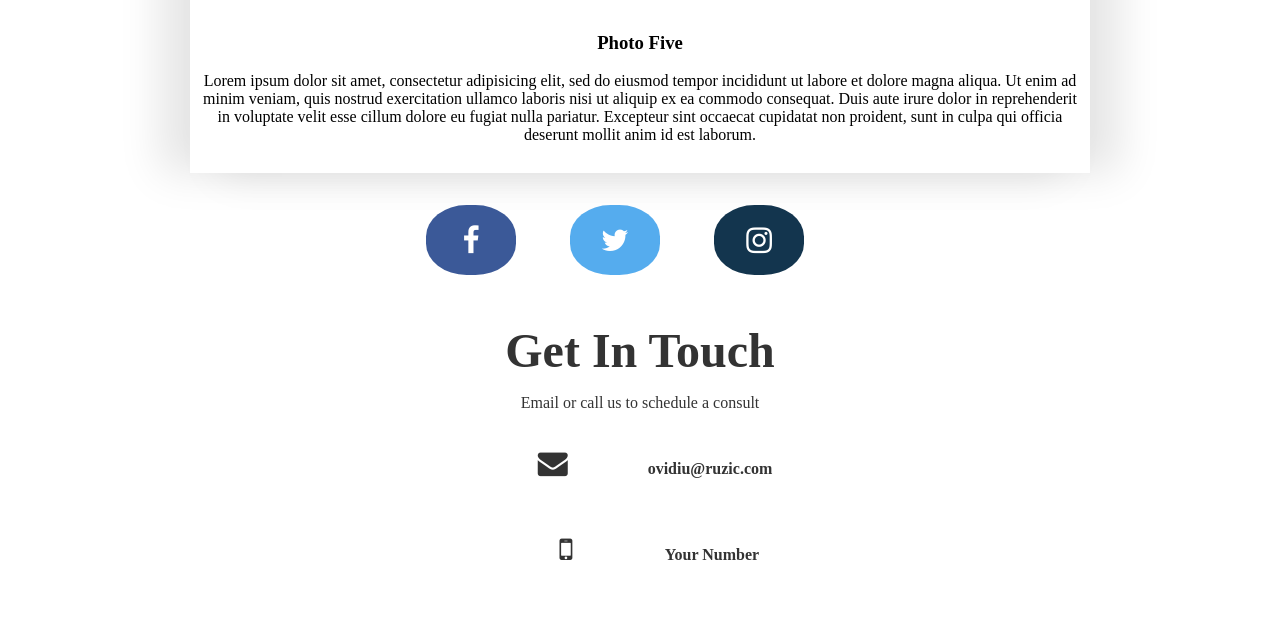
Repository: konstantin0s/mobile-photography
Page: index.html
These files come from the project's save history. The page is drawn as it stood at one moment and after the next save; the edit follows.
The browser window is 1280 px wide. The pictures show the part of the page from y = 4062 to 4702 px (the page is 4702 px tall).

Above is the page before, as saved 2019-05-11 14:54:34.

### index.html
<!DOCTYPE html>
<html lang="en" dir="ltr">
  <head>
    <meta charset="utf-8">
    <meta name="viewport" content="width=device-width, initial-scale=1.0">
    <meta http-equiv="X-UA-Compatible" content="ie=edge">
    <link rel="stylesheet" href="https://cdnjs.cloudflare.com/ajax/libs/font-awesome/4.7.0/css/font-awesome.min.css">
    <link rel="stylesheet" href="css/style.css">

    <title>Mobile Photography</title>
  </head>
  <body>
<main>
  <div id="landing" class="">
    <div id="landing-text" class="">
      <div id="landing-text-inner" class="">
       <img id="logo" src="img/logos.png" />
       <h1>Photography</h1>
        <a href="#images" class="btn" id="view-work">
          View Work
        </a>
      </div>
    </div>
    <div id="landing-image" class="">

    </div>
  </div>

  <div id="images" class="">
<div id="header">
  <h2>Our Work</h2>
</div>
<img src="https://source.unsplash.com/1600x900/?nature,water" alt="">
<div class="caption">
  <h3>Photo One</h3>
  <p>
    Lorem ipsum dolor sit amet, consectetur adipisicing elit, sed do eiusmod tempor incididunt ut labore et dolore magna aliqua. Ut enim ad minim veniam, quis nostrud exercitation ullamco laboris nisi ut aliquip ex ea commodo consequat. Duis aute irure dolor in reprehenderit in voluptate velit esse cillum dolore eu fugiat nulla pariatur. Excepteur sint occaecat cupidatat non proident, sunt in culpa qui officia deserunt mollit anim id est laborum.

  </p>
</div>

<img src="https://source.unsplash.com/1600x900/?nature,clouds" alt="">
<div class="caption">
  <h3>Photo Two</h3>
  <p>
    Lorem ipsum dolor sit amet, consectetur adipisicing elit, sed do eiusmod tempor incididunt ut labore et dolore magna aliqua. Ut enim ad minim veniam, quis nostrud exercitation ullamco laboris nisi ut aliquip ex ea commodo consequat. Duis aute irure dolor in reprehenderit in voluptate velit esse cillum dolore eu fugiat nulla pariatur. Excepteur sint occaecat cupidatat non proident, sunt in culpa qui officia deserunt mollit anim id est laborum.

  </p>
</div>

<img src="https://source.unsplash.com/1600x900/?nature,animals" alt="">
<div class="caption">
  <h3>Photo Three</h3>
  <p>
    Lorem ipsum dolor sit amet, consectetur adipisicing elit, sed do eiusmod tempor incididunt ut labore et dolore magna aliqua. Ut enim ad minim veniam, quis nostrud exercitation ullamco laboris nisi ut aliquip ex ea commodo consequat. Duis aute irure dolor in reprehenderit in voluptate velit esse cillum dolore eu fugiat nulla pariatur. Excepteur sint occaecat cupidatat non proident, sunt in culpa qui officia deserunt mollit anim id est laborum.

  </p>
</div>

<img src="https://source.unsplash.com/1600x900/?nature,trees" alt="">
<div class="caption">
  <h3>Photo Four/h3>
  <p>
    Lorem ipsum dolor sit amet, consectetur adipisicing elit, sed do eiusmod tempor incididunt ut labore et dolore magna aliqua. Ut enim ad minim veniam, quis nostrud exercitation ullamco laboris nisi ut aliquip ex ea commodo consequat. Duis aute irure dolor in reprehenderit in voluptate velit esse cillum dolore eu fugiat nulla pariatur. Excepteur sint occaecat cupidatat non proident, sunt in culpa qui officia deserunt mollit anim id est laborum.

  </p>
</div>

<img src="https://source.unsplash.com/1600x900/?nature,flowers" alt="">
<div class="caption">
  <h3>Photo Five</h3>
  <p>
    Lorem ipsum dolor sit amet, consectetur adipisicing elit, sed do eiusmod tempor incididunt ut labore et dolore magna aliqua. Ut enim ad minim veniam, quis nostrud exercitation ullamco laboris nisi ut aliquip ex ea commodo consequat. Duis aute irure dolor in reprehenderit in voluptate velit esse cillum dolore eu fugiat nulla pariatur. Excepteur sint occaecat cupidatat non proident, sunt in culpa qui officia deserunt mollit anim id est laborum.

  </p>
</div>

  </div>

</main>

<footer>
    <a href="#" class="fa fa-facebook"></a>
    <a href="#" class="fa fa-twitter"></a>
    <a href="#" class="fa fa-instagram"></a>

  <h3>Get In Touch</h3>
  <p>Email or call us to schedule a consult</p>
  <p><i class="fa fa-envelope" aria-hidden="true"></i><strong>ovidiu@ruzic.com</strong>
  </p>
  <p><i class="fa fa-mobile" aria-hidden="true"></i> <strong>Your Number</strong></p>
</footer>
<script
src="https://code.jquery.com/jquery-3.3.1.min.js"
integrity="sha256-FgpCb/KJQlLNfOu91ta32o/NMZxltwRo8QtmkMRdAu8="
crossorigin="anonymous"></script>
<script type="text/javascript" src="js/main.js">

</script>
  </body>
</html>

### css/style.css
import url('https://fonts.googleapis.com/css?family=Open+Sans');

body {
  font-family: 'Open Sans', sans-serif;
  margin: 0;
  background-color: #eee;
  height: auto;
}

h1{
  font-weight: 400;
  font-size: 2.5rem;
  text-transform: uppercase;
  margin: 0;
  border-bottom: 1px solid black;
  top: -90px;
  position: relative;
}

h2 {
  font-weight: 400;
  font-size: 1.2rem;
  text-transform: capitalize;
  margin: 0;
}

img {
  display: block;
  width: 100%;
}

#logo {
  top: -80px;
  position: relative;
}

main {
  max-width: 900px;
  margin: auto;
  box-shadow: 30px 0px 40px rgba(0,0,0,0.1), -30px 0px 40px rgba(0,0,0,0.1);
}

#landing {
  background: #fff;
  }

#landing-text {
display: flex;
flex: 0 1 40vw;
height: 50vh;
justify-content: center;
align-items: center;
text-align: center;
padding-right: 1rem;
padding-left: 1rem;
}

#landing-text h2 {
  color: #888;
}
.btn {
  padding: 0.5rem 2rem;
  border: 1px #ccc solid;
  display: inline-block;
  margin: 2rem 0 0;
  border-radius: 50px;
  text-decoration: none;
  color: #333;
  transition: background 500ms ease;
}

#landing-image {
  background: url(https://source.unsplash.com/De8wMYoSSBc);
  background-position: center;
  background-size: cover;
  background-repeat: no-repeat;
  height: 50vh;
  flex: 0 1 60vw;
  margin: 0;
}

.btn:hover {
  background: #f4f4f4;
}

#header {
  padding: 1.5rem;
  text-align: center;
  background: #333;
  color: #fff;
}

#header h2 {
  border-left: dotted 1px #fff;
  border-right: dotted 1px #fff;
display: inline-block;
padding-right: 1rem;
padding-left: 1rem;
}

.caption {
  padding: 0.8rem;
  text-align: center;
}

footer {
  text-align: center;
  padding: 2rem 1rem;
  margin: auto;
  color: #333;
}

footer h3 {
  font-size: 3rem;
  margin-bottom: 0;
}

.fa {
  padding: 20px;
  margin-right: 50px;
  font-size: 30px;
  width: 50px;
  text-align: center;
  text-decoration: none;
  border-radius: 45%;
}

/* Add a hover effect if you want */
.fa:hover {
  opacity: 0.7;
}

/* Set a specific color for each brand */

/* Facebook */
.fa-facebook {
  background: #3B5998;
  color: white;
}

/* Twitter */
.fa-twitter {
  background: #55ACEE;
  color: white;
}

/* Instagram */
.fa-instagram {
  background: rgb(19, 53, 78);
  color: white;
}


/* Screen size 500px and up*/
@media(min-width: 500px) {
  #landing {
    display: flex;
    height: 100%;
  }
  #landing-text {
    height: 100vh;
  }
  #landing-image {
    height: 100vh;
  }
}

/* Screen size 700px and up*/
@media(min-width: 700px) {
  .btn {
    padding: 1rem 3rem;
  }
}

/* Screen size 700px and up*/
@media(max-width: 500px) {
  .btn {
    padding: 1rem 3rem;
  }


  #logo {
    display: flex;
    width: 200px;
    height: 150px;
    flex-direction: column;
    top: -30px;
    position: relative;
  }

  h1 {

    flex-direction: column;
    top: -20px;
  font-size: 28px;
  border-bottom: 1px solid black;
  }
}

### js/main.js
//animate smooth scroll
$('#view-work').on('click', function() {
  const images = $('#images').position().top;

  $('html, body').animate({
    scrollTop: images
  }, 900)
});

After the next save:
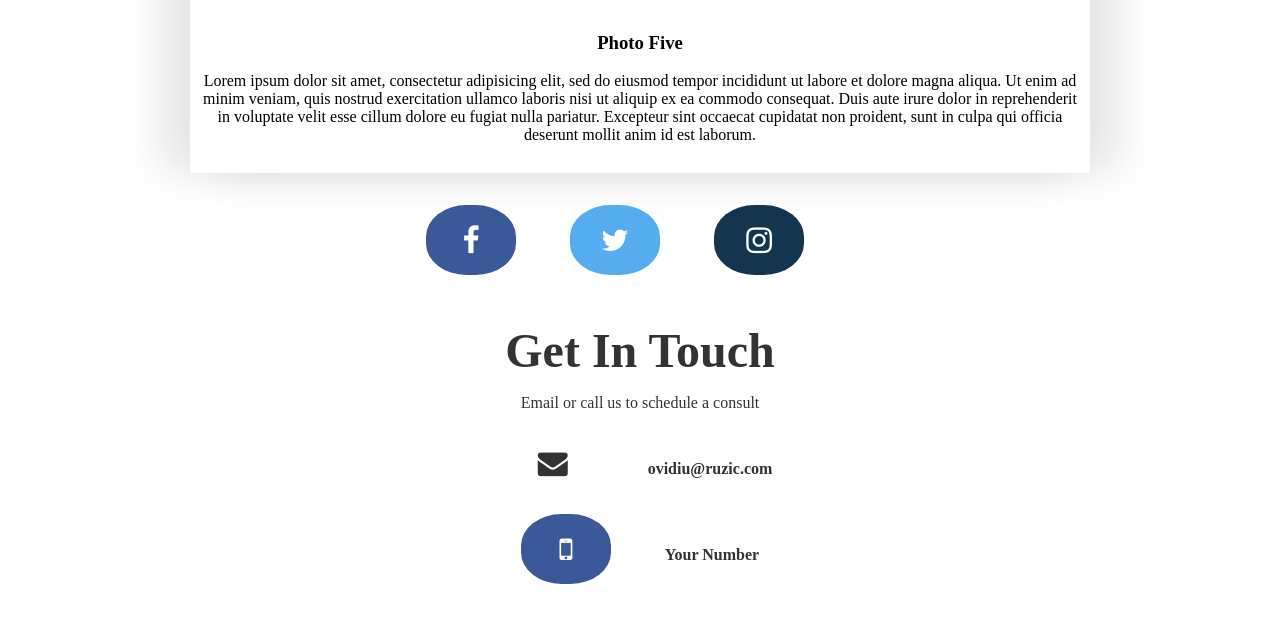
Saved 50 s later.
--- a/css/style.css
+++ b/css/style.css
@@ -150,6 +150,18 @@ footer h3 {
   color: white;
 }
 
+/* Email & Phone*/
+
+.fa-email {
+  background: #3B5998;
+  color: white;
+}
+
+.fa-mobile {
+  background: #3B5998;
+  color: white;
+}
+
 
 /* Screen size 500px and up*/
 @media(min-width: 500px) {
